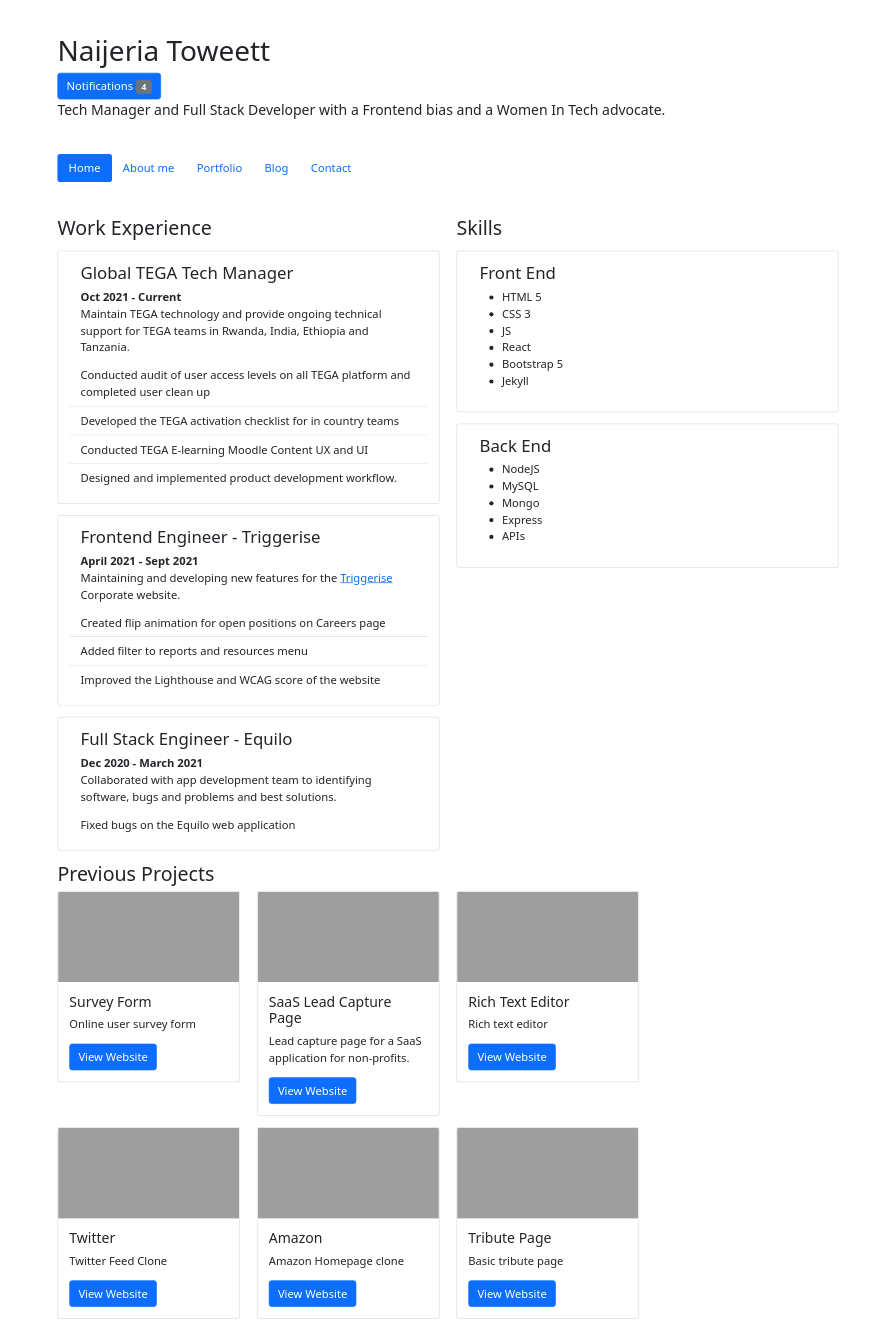
Repository: mamatechafrica/portfolio
Page: index.html
The author's editor kept a copy of each file at every save. The page is drawn from the files as they stood at one save, then again after a run of saves.
The browser window is 1280 px wide. The pictures show the whole page, at 70% of full size.
Pictures or frames that could not be fetched are drawn as grey boxes.

Above is the page before, as saved 2022-01-04 20:02:18.

After the next 2 saves:
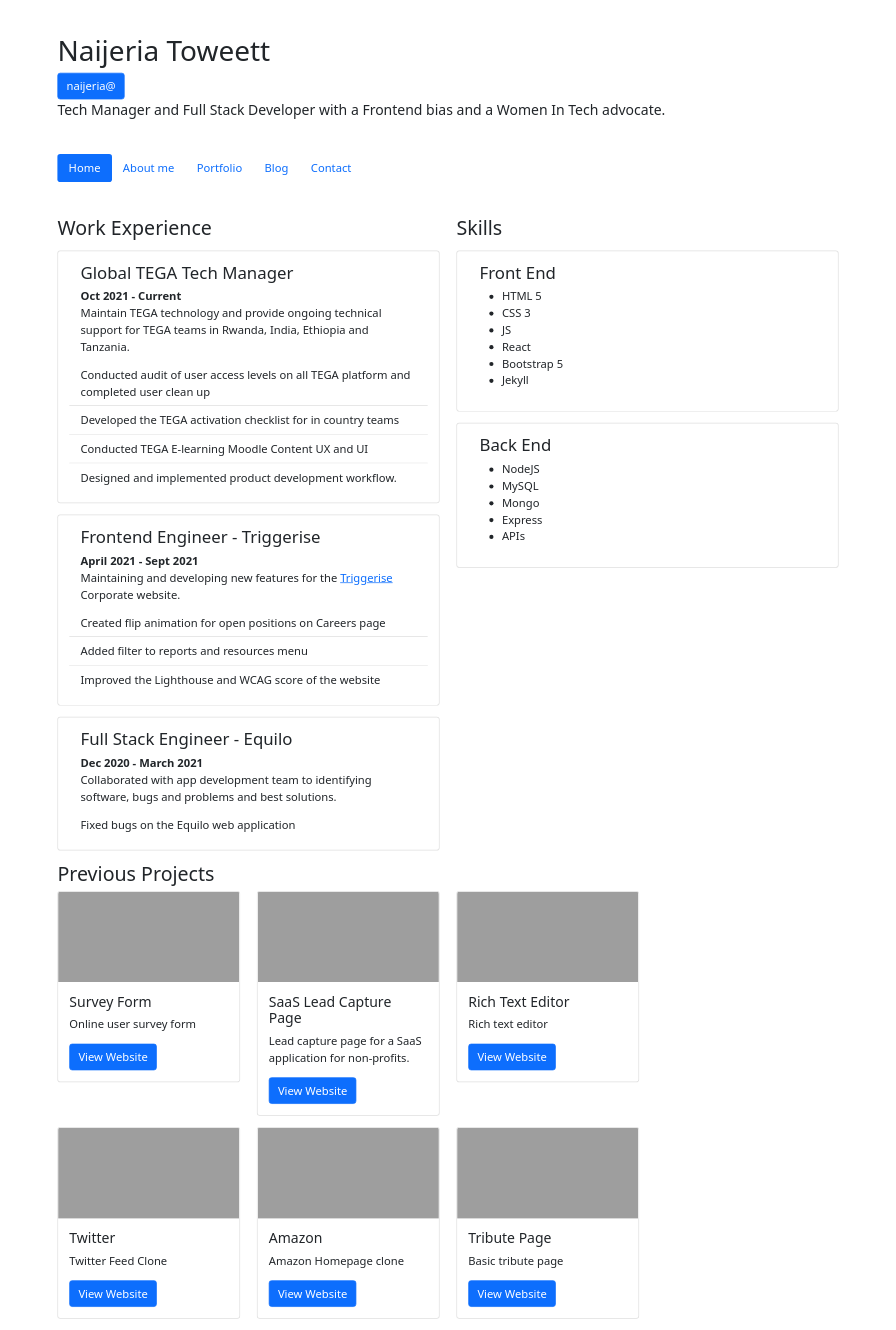
The 2 saves are shown as one change because they came seconds apart.
The last was saved 12 s later.
--- a/index.html
+++ b/index.html
@@ -14,7 +14,7 @@
         <div class="container my-5">
             <h1>Naijeria Toweett</h1>
             <button type="button" class="btn btn-primary">
-                Notifications <span class="badge bg-secondary">4</span>
+                naijeria@
             </button>
             <p class="lead">
                 Tech Manager and Full Stack Developer with a Frontend bias and a Women In Tech advocate.
